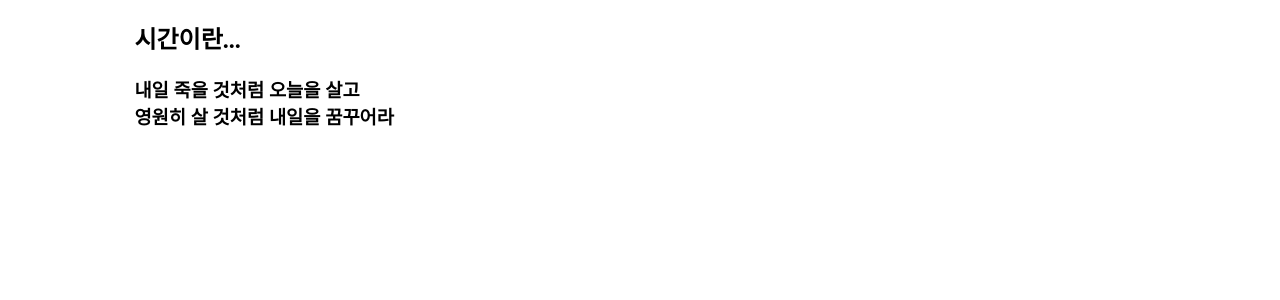
Repository: Kongnamu/JSPworks
Page: http://localhost/jwbook/Time.jsp
These files come from the project's save history. The page is drawn as it stood at one moment and after the next save; the edit follows.
The browser window is 1280 px wide. The pictures show the whole page.
The page is served by Tomcat 9. Other server files are loaded and not shown.

Above is the page before, as saved 2023-11-20 02:57:35.

### jwbook/src/main/webapp/Time.jsp
<%@ page language="java" contentType="text/html; charset=UTF-8"
    pageEncoding="UTF-8"%>
<!DOCTYPE html>
<html>
<head>
<meta charset="UTF-8">
<meta name = "viewport" content="width=device=width, initial=sacle=1.0">
<title>시간이란...</title>
<style>
	#wrap{width: 80%; margin: 0 auto;}
</style>
</head>
<body>
	<div id="wrap">
		<h2>시간이란...</h2>
		<h3>내일 죽을 것처럼 오늘을 살고<br>
			영원히 살 것처럼 내일을 꿈꾸어라</h3>
	</div>
</body>
</html>

After the next save:
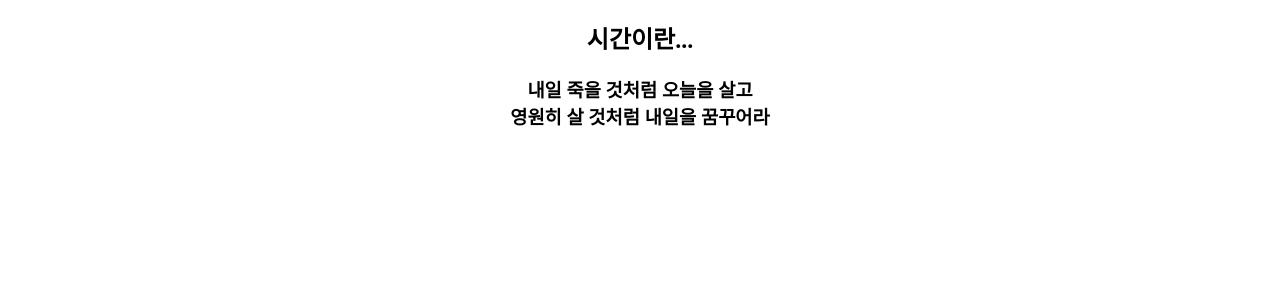
Saved 18 s later.
--- a/jwbook/src/main/webapp/Time.jsp
+++ b/jwbook/src/main/webapp/Time.jsp
@@ -7,7 +7,7 @@
 <meta name = "viewport" content="width=device=width, initial=sacle=1.0">
 <title>시간이란...</title>
 <style>
-	#wrap{width: 80%; margin: 0 auto;}
+	#wrap{width: 80%; margin: 0 auto; text-align: center;}
 </style>
 </head>
 <body>
